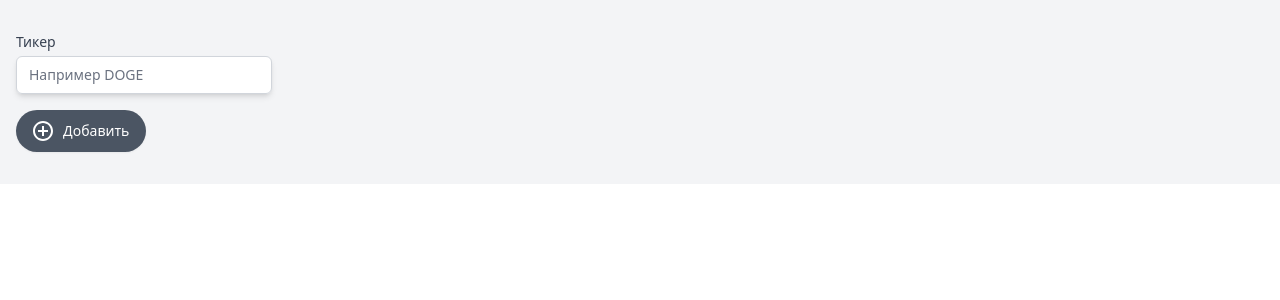
Repository: Alexey2236/cripto
Page: /
These files come from the project's save history. The page is drawn as it stood at one moment and after the next save; the edit follows.
The browser window is 1280 px wide. The pictures show the whole page.
The project was rebuilt for these pictures with package versions that can differ from the ones it lists, and the page was loaded fresh each time. Also part of the build but not shown: vue.config.js.

Above is the page before, as saved 2022-12-20 23:39:52.

### src/main.js
import { createApp } from "vue";
import App from "./App.vue";
import './assets/tailwind.css'

createApp(App).mount("#app");

### src/App.vue
<template>
  <div class="container mx-auto flex flex-col items-center bg-gray-100 p-4">
    <div class="container">
      <div class="w-full my-4"></div>
      <section>
        <div class="flex">
          <div class="max-w-xs">
            <label for="wallet" class="block text-sm font-medium text-gray-700"
              >Тикер</label
            >
            <div class="mt-1 relative rounded-md shadow-md">
              <input
                ref="inpittop"
                v-model="ticker"
                @keydown.enter="add"
                type="text"
                name="wallet"
                id="wallet"
                class="block w-full pr-10 border-gray-300 text-gray-900 focus:outline-none focus:ring-gray-500 focus:border-gray-500 sm:text-sm rounded-md"
                placeholder="Например DOGE"
              />
            </div>
          </div>
        </div>
        <button
          @click="add"
          type="button"
          class="my-4 inline-flex items-center py-2 px-4 border border-transparent shadow-sm text-sm leading-4 font-medium rounded-full text-white bg-gray-600 hover:bg-gray-700 transition-colors duration-300 focus:outline-none focus:ring-2 focus:ring-offset-2 focus:ring-gray-500"
        >
          <!-- Heroicon name: solid/mail -->
          <svg
            class="-ml-0.5 mr-2 h-6 w-6"
            xmlns="http://www.w3.org/2000/svg"
            width="30"
            height="30"
            viewBox="0 0 24 24"
            fill="#ffffff"
          >
            <path
              d="M13 7h-2v4H7v2h4v4h2v-4h4v-2h-4V7zm-1-5C6.48 2 2 6.48 2 12s4.48 10 10 10 10-4.48 10-10S17.52 2 12 2zm0 18c-4.41 0-8-3.59-8-8s3.59-8 8-8 8 3.59 8 8-3.59 8-8 8z"
            ></path>
          </svg>
          Добавить
        </button>
      </section>

      <template v-if="tickers.length">
        <hr class="w-full border-t border-gray-600 my-4" />
        <dl class="mt-5 grid grid-cols-1 gap-5 sm:grid-cols-3">
          <div
            v-for="t in tickers"
            :class="{
              'border-4': sel === t,
            }"
            :key="t.name"
            @click="sel = t"
            class="bg-white overflow-hidden shadow rounded-lg border-purple-800 border-solid cursor-pointer"
          >
            <div class="px-4 py-5 sm:p-6 text-center">
              <dt class="text-sm font-medium text-gray-500 truncate">
                {{ t.name }} - USD
              </dt>
              <dd class="mt-1 text-3xl font-semibold text-gray-900">
                {{ t.price }}
              </dd>
            </div>
            <div class="w-full border-t border-gray-200"></div>
            <button
              @click="handleDelete(t)"
              class="flex items-center justify-center font-medium w-full bg-gray-100 px-4 py-4 sm:px-6 text-md text-gray-500 hover:text-gray-600 hover:bg-gray-200 hover:opacity-20 transition-all focus:outline-none"
            >
              <svg
                class="h-5 w-5"
                xmlns="http://www.w3.org/2000/svg"
                viewBox="0 0 20 20"
                fill="#718096"
                aria-hidden="true"
              >
                <path
                  fill-rule="evenodd"
                  d="M9 2a1 1 0 00-.894.553L7.382 4H4a1 1 0 000 2v10a2 2 0 002 2h8a2 2 0 002-2V6a1 1 0 100-2h-3.382l-.724-1.447A1 1 0 0011 2H9zM7 8a1 1 0 012 0v6a1 1 0 11-2 0V8zm5-1a1 1 0 00-1 1v6a1 1 0 102 0V8a1 1 0 00-1-1z"
                  clip-rule="evenodd"
                ></path></svg
              >Удалить
            </button>
          </div>
        </dl>
        <hr class="w-full border-t border-gray-600 my-4" />
      </template>
      <section class="relative" v-if="sel">
        <h3 class="text-lg leading-6 font-medium text-gray-900 my-8">
          VUE - USD
        </h3>
        <div class="flex items-end border-gray-600 border-b border-l h-64">
          <div class="bg-purple-800 border w-10 h-24"></div>
          <div class="bg-purple-800 border w-10 h-32"></div>
          <div class="bg-purple-800 border w-10 h-48"></div>
          <div class="bg-purple-800 border w-10 h-16"></div>
        </div>
        <button
          @click="sel = null"
          type="button"
          class="absolute top-0 right-0"
        >
          <svg
            xmlns="http://www.w3.org/2000/svg"
            xmlns:xlink="http://www.w3.org/1999/xlink"
            xmlns:svgjs="http://svgjs.com/svgjs"
            version="1.1"
            width="30"
            height="30"
            x="0"
            y="0"
            viewBox="0 0 511.76 511.76"
            style="enable-background: new 0 0 512 512"
            xml:space="preserve"
          >
            <g>
              <path
                d="M436.896,74.869c-99.84-99.819-262.208-99.819-362.048,0c-99.797,99.819-99.797,262.229,0,362.048    c49.92,49.899,115.477,74.837,181.035,74.837s131.093-24.939,181.013-74.837C536.715,337.099,536.715,174.688,436.896,74.869z     M361.461,331.317c8.341,8.341,8.341,21.824,0,30.165c-4.16,4.16-9.621,6.251-15.083,6.251c-5.461,0-10.923-2.091-15.083-6.251    l-75.413-75.435l-75.392,75.413c-4.181,4.16-9.643,6.251-15.083,6.251c-5.461,0-10.923-2.091-15.083-6.251    c-8.341-8.341-8.341-21.845,0-30.165l75.392-75.413l-75.413-75.413c-8.341-8.341-8.341-21.845,0-30.165    c8.32-8.341,21.824-8.341,30.165,0l75.413,75.413l75.413-75.413c8.341-8.341,21.824-8.341,30.165,0    c8.341,8.32,8.341,21.824,0,30.165l-75.413,75.413L361.461,331.317z"
                fill="#718096"
                data-original="#000000"
              ></path>
            </g>
          </svg>
        </button>
      </section>
    </div>
  </div>
</template>

<script>
export default {
  name: "App",

  data() {
    return {
      ticker: "",
      tickers: [],
      sel: null,
    };
  },

  methods: {
    mounted() {
      this.$refs.inpittop.focus();
    },

    add() {
      if (!this.ticker) {
        return;
      }
      const newTicker = {
        name: this.ticker,
        price: "-",
      };

      this.tickers.push(newTicker);
      this.ticker = "";
    },

    handleDelete(tickerToRemove) {
      this.tickers = this.tickers.filter((t) => t !== tickerToRemove);
    },
  },
};
</script>

<style src="./app.css"></style>

### tailwind.config.js
/** @type {import('tailwindcss').Config} */
module.exports = {
  content: ["./public/**/*.html", "./src/**/*.{vue,js,ts,jsx,tsx}"],
  theme: {
    extend: {},
  },
  plugins: [require("@tailwindcss/forms")],
};

Loaded but not shown: public/index.html (common file); src/assets/tailwind.css (common file); src/app.css (common file)

After the next save:
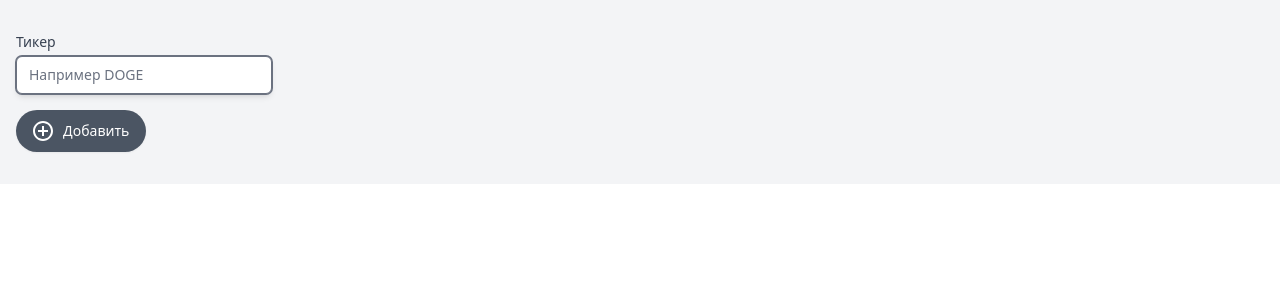
Saved 72 s later.
--- a/src/App.vue
+++ b/src/App.vue
@@ -140,12 +140,10 @@ export default {
       sel: null,
     };
   },
-
+  mounted() {
+    this.$refs.inpittop.focus();
+  },
   methods: {
-    mounted() {
-      this.$refs.inpittop.focus();
-    },
-
     add() {
       if (!this.ticker) {
         return;
